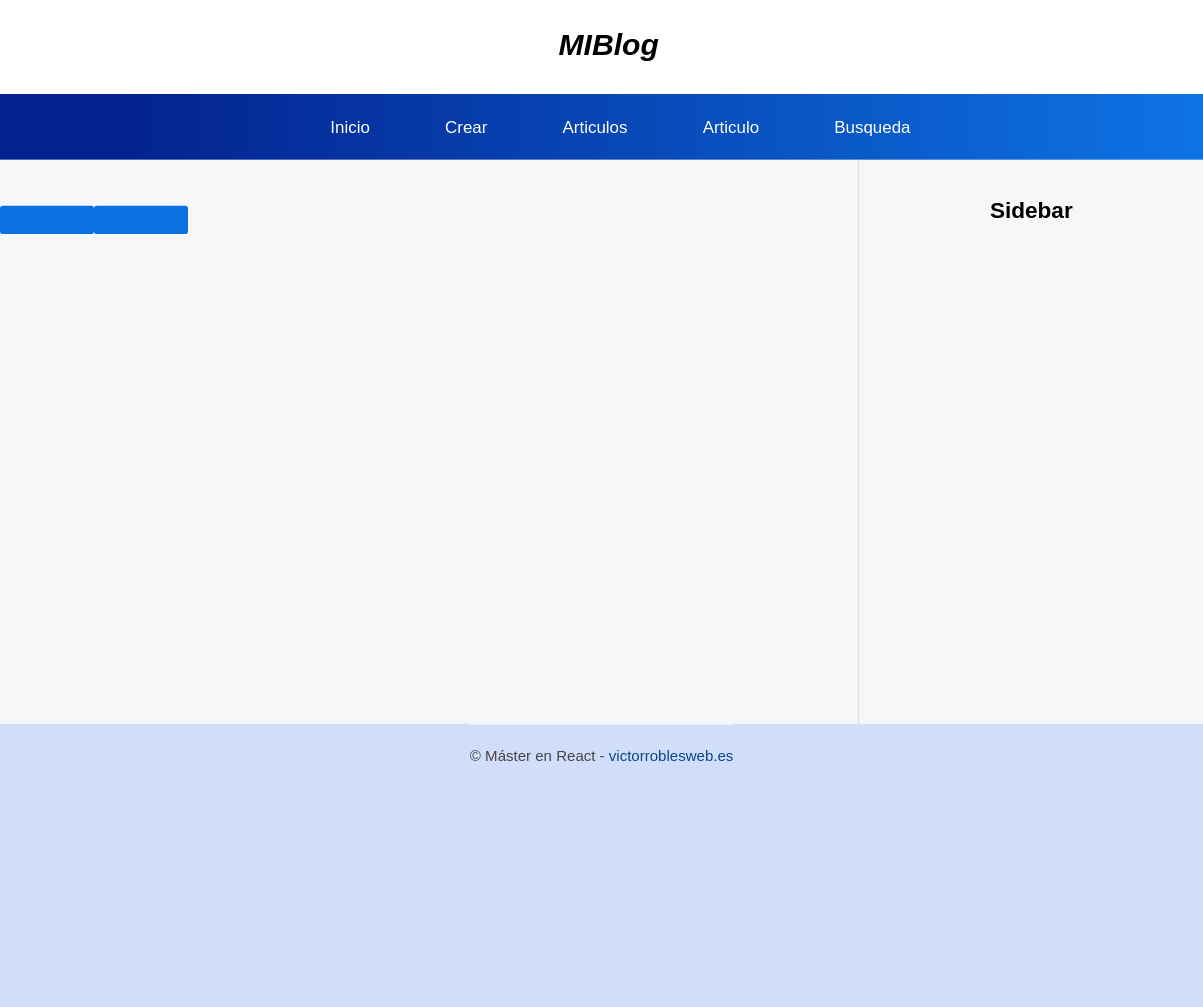
Repository: DamianBermudez94/frondEnd-blog
Page: /articulos
An editor plug-in stored every save of this project. The page is shown before and after the next save, followed by the edit.
The browser window is 1280 px wide. The pictures show the whole page, at 94% of full size.
The project was rebuilt for these pictures with package versions that can differ from the ones it lists, and the page was loaded fresh each time. Also part of the build but not shown: vite.config.js, src/components/pages/Inicio.jsx, src/components/pages/Busqueda.jsx, src/components/pages/Crear.jsx, src/components/pages/Articulo.jsx.

Above is the page before, as saved 2023-08-09 18:26:12.

### index.html
<!doctype html>
<html lang="es">
  <head>
    <meta charset="UTF-8" />
    <link rel="icon" type="image/svg+xml" href="/vite.svg" />
    <meta name="viewport" content="width=device-width, initial-scale=1.0" />
    <title>Proyecto-blog</title>
  </head>
  <body>
    <div id="root"></div>
    <script type="module" src="/src/main.jsx"></script>
  </body>
</html>

### src/main.jsx

import ReactDOM from 'react-dom/client'
import App from './App.jsx'
import './index.css'

ReactDOM.createRoot(document.getElementById('root')).render(

    <App />

)

### src/App.jsx
import { Rutas } from "./router/rutas"



function App() {


  return (
    <div className="layout">
      <Rutas></Rutas>
    </div>
  )
}

export default App

### src/index.css
/*:root {
  font-family: Inter, system-ui, Avenir, Helvetica, Arial, sans-serif;
  line-height: 1.5;
  font-weight: 400;

  color-scheme: light dark;
  color: rgba(255, 255, 255, 0.87);
  background-color: #242424;

  font-synthesis: none;
  text-rendering: optimizeLegibility;
  -webkit-font-smoothing: antialiased;
  -moz-osx-font-smoothing: grayscale;
  -webkit-text-size-adjust: 100%;
}

a {
  font-weight: 500;
  color: #646cff;
  text-decoration: inherit;
}
a:hover {
  color: #535bf2;
}

body {
  margin: 0;
  display: flex;
  place-items: center;
  min-width: 320px;
  min-height: 100vh;
}

h1 {
  font-size: 3.2em;
  line-height: 1.1;
}

button {
  border-radius: 8px;
  border: 1px solid transparent;
  padding: 0.6em 1.2em;
  font-size: 1em;
  font-weight: 500;
  font-family: inherit;
  background-color: #1a1a1a;
  cursor: pointer;
  transition: border-color 0.25s;
}
button:hover {
  border-color: #000bdb;
}
button:focus,
button:focus-visible {
  outline: 4px auto -webkit-focus-ring-color;
}

@media (prefers-color-scheme: light) {
  :root {
    color: #213547;
    background-color: #ffffff;
  }
  a:hover {
    color: #000dff;
  }
  button {
    background-color: #f9f9f9;
  }
}*/


/*ESTILOS GENERALES*/

body{
  background: #d1defa;
  font-family: sans-serif, Arial, Helvetica;
  text-align: center;
  padding: 0px;
  margin: 0px;
  box-sizing: border-box;

}

.layout{
  display: grid;
  grid-template-areas:
      "header header header header"
      "nav nav nav nav"
      "content content content lateral"
      "footer footer footer footer"
  ;
  grid-template-rows: 100px 70px auto 70px;
}

/*ESTILOS CABECERA*/

.header{
  grid-area: header;
  width: 100%;
  background: white;
  text-align: left;
  font-style: italic;

  display: flex;
  justify-content: center;
}



.header h1{
  margin-left: 15px;
  margin-top: 30px;
}

/*ESTILOS DE LA BARRA DE NAVEGACIÓN*/

.nav{
  grid-area: nav;
  background: linear-gradient(90deg, #03228f 10%, #0e73e4 100%);
}

.nav > ul {
  display: flex;
  justify-content: center;
  align-items: center;
  list-style: none;
}

.nav li{
  padding: 10px;
}

.nav a {
  display: block;
  margin-left: 30px;
  margin-right: 30px;
  font-size: 18px;
  font-weight: lighter;
  color: white;
  text-decoration: none;
  transition: all 300ms;
}

.nav a:hover{
  transform: scale(1.1, 1.1);
}

/*ESTILOS PARA EL CONTENIDO PRINCIPAL*/

.content{
  height: 600px;
  grid-area: content;
  background: #f6f7f9;
  display: flex;
  flex-flow: row wrap;
  justify-content: flex-start;
  align-items: flex-start;
  flex-grow: 1;
}
.jumbo{
  width: 85%;
  height: 80%;
  padding-top: 20px;
  display: flex;
  background-color: #ddd;
  justify-content: center;
  align-items: center;
  flex-direction: column;
  border-radius: 5px;
  box-shadow: 1px 0px 10px 0px #6e6e6e;
  margin: 30px auto;
}
.articulo-item{
  flex-grow: 1;
  background: white;
  border-radius: 10px;
  box-shadow: 0px 0px 6px #ddd;
  margin: 20px;
  padding-top: 60px;
  padding-bottom: 60px;
  padding-left: 25px;
  padding-right: 25px;
}
.articulo-item .edit{
  margin-right: 7px;
}
.button,
button,
input[type="submit"],
input[type="button"]{
  width: 100px;
  background: #0b70e1;
  color: white;
  border: 0;
  outline: 0;
  padding:15px;
  border-radius: 3px;
  margin-top:15px;
  text-transform: capitalize;
  font-size: 16px;
  font-weight: 500;
  cursor: pointer;
  transition: all 300ms;
}

.articulo-item .edit:hover{
  background: #e77b00;
}

.articulo-item .delete:hover{
  background: #9b0202;
}

/*ESTILOS BARRA LATERAL*/

.lateral{
  grid-area: lateral;
  background: #f6f7f9;
  border-left: 1px solid #ddd;
  padding: 20px;
}

.lateral > div{
  box-sizing: border-box;
  width: 90%;
  margin: 20px;
  padding: 20px;
  padding-top: 10px;
  background: white;
  border-radius: 10px;
  box-shadow: 0px 0px 6px #ddd;
}

.lateral input[type="text"],
.lateral input[type="text"],
.lateral textarea,
.edit_form input[type="text"],
.edit_form input[type="text"],
.edit_form textarea
{
  display: block;
  margin: 0 auto;
  margin-top: 15px;
  padding: 12px;
  border-radius: 5px;
  background: #f6f7f9;
  color: #454545;
  width: 80%;
  max-width: 250px;
  min-width: 250px;
  min-height: 30px;
  max-height: 250px;
  opacity: 4;
  outline: 0;
  border-color: transparent;
}
.no-encontrado{
  color: #9b0202;
}
.edit_form{
  border-top: 1px solid #ddd;
  margin-top: 10px;
}

/*ESTILOS PARA EL PIE DE PÁGINA*/
.footer{
  height: 300px;
  grid-area: footer;
  margin: 0 auto;
  background: #d1defa;
  color: #454545;
  border-top: 1px solid white;

  line-height: 68px;

}

.footer a{
  color: #0b468a;
  text-decoration: none;
}

@media (max-width: 1085px){
  .content {
      flex-flow: column wrap;
      justify-content: center;
      align-items: center;
  }

  .articulo-item{
      width: 80%;
  }
}

### src/router/rutas.jsx
import React from "react";
import { BrowserRouter, Routes, Route, Navigate } from "react-router-dom";
import { Inicio } from "../components/pages/Inicio";
import { Busqueda } from "../components/pages/Busqueda";
import { Crear } from "../components/pages/Crear";
import Articulos from "../components/pages/Articulos";
import { Articulo } from "../components/pages/Articulo";
import { Header } from "../components/layout/Header";
import { Nav } from "../components/layout/Nav";
import { Footer } from "../components/layout/Footer";
import { Sidebar } from "../components/layout/Sidebar";


export const Rutas = ()=>{

    return(

        <BrowserRouter>
            {/*Layout*/}
            <Header></Header>
            <Nav></Nav>
            {/*Contenido principal y rutas*/}
            <section id="content" className="content">
                <Routes>
                    <Route path="/" element={<Inicio/>}/>
                    <Route path="/inicio" element={<Inicio/>}/>
                    <Route path="/busqueda" element={<Busqueda/>}/>
                    <Route path="/crear" element={<Crear/>}/>
                    <Route path="/articulos" element={<Articulos/>}/>
                    <Route path="/articulo" element={<Articulo/>}/>
                </Routes>
            </section>
            <Sidebar/>
            <Footer></Footer>
        </BrowserRouter>

    )

}

### src/components/pages/Articulos.jsx
import React from 'react'

const Articulos = () => {
  return (
    <article>
      <div><img src="" alt="" /></div>
      <p></p>
      <button></button>
      <button></button>
    </article>

  )
}

export default Articulos

### src/components/layout/Header.jsx
import React from 'react'

export const Header = () => {
  return (

         <header className="header">
            <h1>MIBlog</h1>
        </header>

  )
}

### src/components/layout/Nav.jsx
import React from 'react'
import { NavLink } from 'react-router-dom'

export const Nav = () => {
  return (

           <nav className="nav">
            <ul>
                <li><NavLink to="/#">Inicio</NavLink></li>
                <li><NavLink to="/crear">Crear</NavLink></li>
                <li><NavLink to="/articulos">Articulos</NavLink></li>
                <li><NavLink to="/articulo">Articulo</NavLink></li>
                <li><NavLink to="/busqueda">Busqueda</NavLink></li>

            </ul>
        </nav>

  )
}

### src/components/layout/Footer.jsx
import React from 'react'

export const Footer = () => {
  return (

         <footer className="footer">
            &copy; Máster en React - <a href="https://victorroblesweb.es">victorroblesweb.es</a>
        </footer>

  )
}

### src/components/layout/Sidebar.jsx
import React from 'react'

export const Sidebar = () => {
  return (
        <aside className="lateral">

            <h1>Sidebar</h1>

        </aside>

  )
}

After the next save:
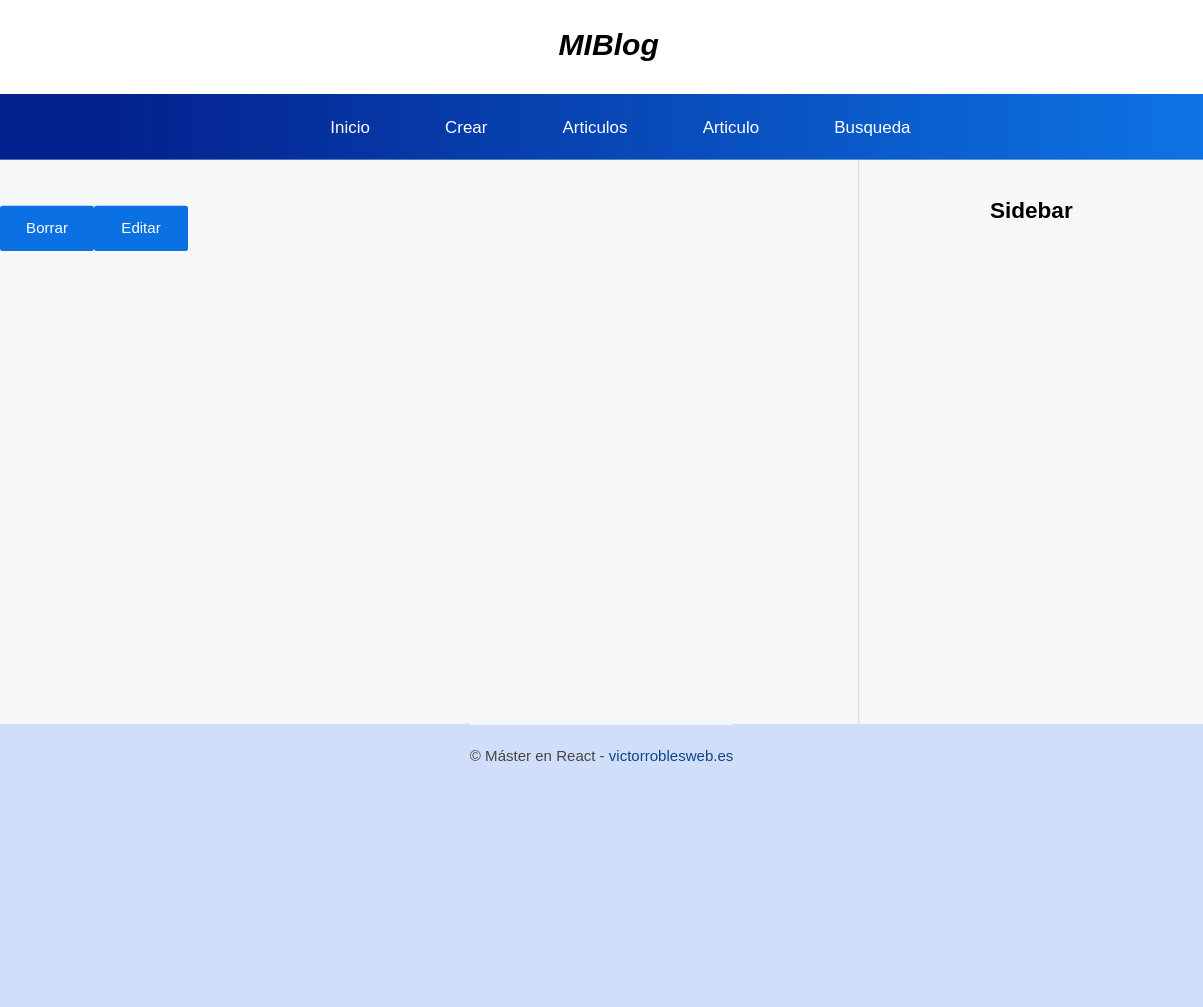
Saved 35 s later.
--- a/src/components/pages/Articulos.jsx
+++ b/src/components/pages/Articulos.jsx
@@ -5,8 +5,8 @@ const Articulos = () => {
     <article>
       <div><img src="" alt="" /></div>
       <p></p>
-      <button></button>
-      <button></button>
+      <button>borrar</button>
+      <button>editar</button>
     </article>
 
   )
